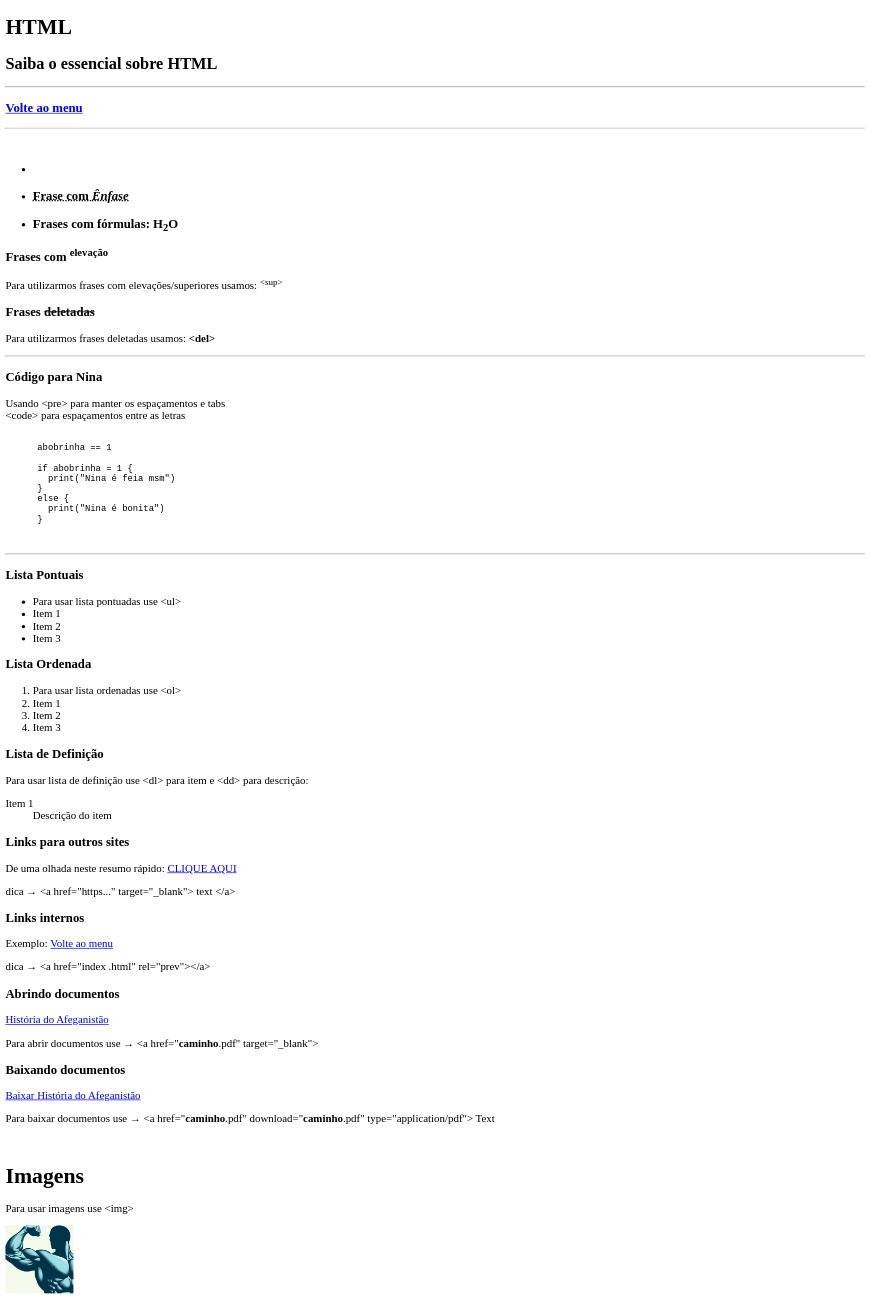
Repository: LuidyOn/Site_Forca_Total
Page: ForçaTotal/sobreHTML.html
These files come from the project's save history. The page is drawn as it stood at one moment and after the next save; the edit follows.
The browser window is 1280 px wide. The pictures show the whole page, at 68% of full size.

Above is the page before, as saved 2025-05-15 20:09:38.

### ForçaTotal/sobreHTML.html
<!DOCTYPE html>
<html lang="pt-br">
<head>
  <meta charset="UTF-8">
  <meta name="viewport" content="width=device-width, initial-scale=1.0">
  <link rel="shortcut icon" href="img/icons/logo.ico" type="image/x-icon">
  <title>Testes Força total</title>
</head>
<body>
  <h1>HTML</h1>
  <h2>Saiba o essencial sobre HTML</h2>

  <hr>
  <h3><a href="index.html" rel="prev"> Volte ao menu</a></h3>
  <hr>

  <p><br></p>

  <ul><li></li></ul>

  <ul><li><h3> <abbr title="Para deixar uma frase com ênfase, usamos: <em> ">Frase com <em>Ênfase</em></h3> </abbr>
  </li></ul>

    <ul><li><h3><abbr title=""></abbr>Frases com fórmulas: H<sub>2</sub>O</h3>
</li></ul>


  <h3>Frases com <sup>elevação</sup></h3>
  <p>Para utilizarmos frases com elevações/superiores usamos: <sup>&lt;sup&gt;</sup></p>

  <h3>Frases <del>deletadas</del></h3>
  <p>Para utilizarmos frases deletadas usamos: <strong>&lt;del&gt;</strong></p>

  <hr>

  <h3>Código para Nina</h3>
  <p>Usando &lt;pre&gt; para manter os espaçamentos e tabs <br> &lt;code&gt; para espaçamentos entre as letras</p>

  <p></p>

  <pre>
    <code>
      abobrinha == 1

      if abobrinha = 1 {
        print("Nina é feia msm")
      }
      else {
        print("Nina é bonita")
      }
    </code>
  </pre>

  <hr>

  <h3>Lista Pontuais</h3>
  <ul>
    <li>Para usar lista pontuadas use &lt;ul&gt;</li>
    <li>Item 1</li>
    <li>Item 2</li>
    <li>Item 3</li>
  </ul>

  <h3>Lista Ordenada</h3>
  <ol>
    <li>Para usar lista ordenadas use &lt;ol&gt;</li>
    <li>Item 1</li>
    <li>Item 2</li>
    <li>Item 3</li>
  </ol>

  <h3>Lista de Definição</h3>
  <dl>
    <dt>Para usar lista de definição use &lt;dl&gt; para item e &lt;dd&gt para descrição:</dt>

    <p></p>
    <dt>
      Item 1
      <dd>Descrição do item</dd>
    </dl>

    <h3>Links para outros sites</h3>
    <p>De uma olhada neste resumo rápido: <a href="https://www.youtube.com/watch?v=dQw4w9WgXcQ" target="_blank" rel="External"> CLIQUE AQUI </a></p>
    <p>dica &rarr; &lt;a href="https..." target="_blank"&gt; text &lt;/a&gt;</p>

    <h3>Links internos</h3>

    <p>Exemplo: <a href="index.html" rel="prev"> Volte ao menu</a></p>
    <p>dica &rarr; &lt;a href="index .html" rel="prev"&gt;&lt;/a&gt;</p>

    <h3>Abrindo documentos</h3>
    <p><a href="Documentos/PDFs/GUERRA DO AFEGANISTÃO.pdf" target="_blank"> História do Afeganistão</a></p>

    <p>Para abrir documentos use &rarr; &lt;a href="<strong>caminho</strong>.pdf" target="_blank"&gt;</p>

    <h3>Baixando documentos</h3>
    <p><a href="Documentos/PDFs/GUERRA DO AFEGANISTÃO.pdf" target="_blank" download="Documentos/PDFs/GUERRA DO AFEGANISTÃO.pdf" type="application/pdf"> Baixar História do Afeganistão</a></p>

    <p>Para baixar documentos use &rarr; &lt;a href="<strong>caminho</strong>.pdf" download="<strong>caminho</strong>.pdf" type="application/pdf"&gt; Text</p>

  <p><br></p>

  <h1>Imagens</h1>
  <p>Para usar imagens use &lt;img&gt;</p>
  <img src="img/parteSerior.png" alt="parte superior" style="width: 100px; height: 100px;">
</body>
</html>

After the next save:
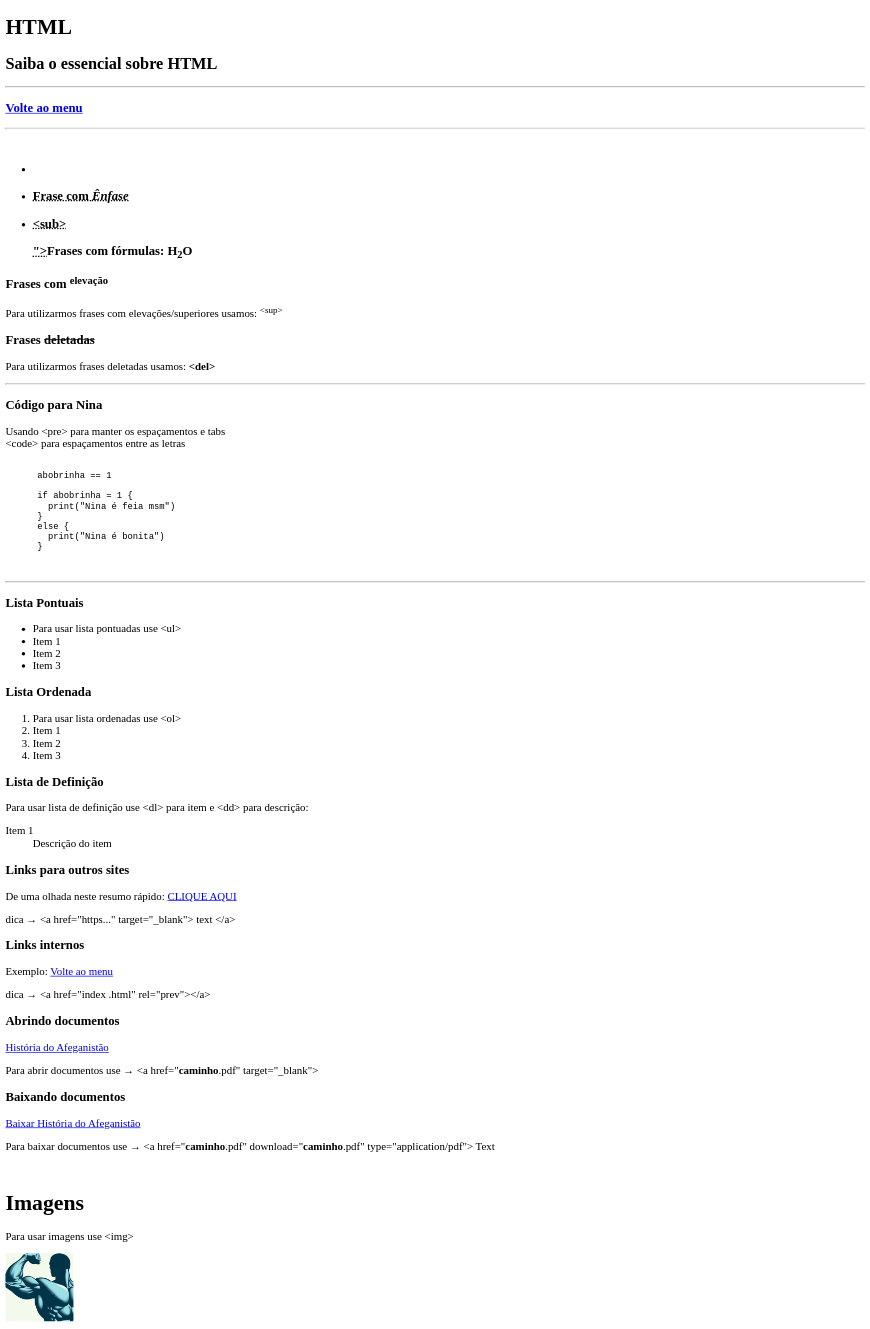
Saved 4 s later.
--- a/ForçaTotal/sobreHTML.html
+++ b/ForçaTotal/sobreHTML.html
@@ -21,7 +21,7 @@
   <ul><li><h3> <abbr title="Para deixar uma frase com ênfase, usamos: <em> ">Frase com <em>Ênfase</em></h3> </abbr>
   </li></ul>
 
-    <ul><li><h3><abbr title=""></abbr>Frases com fórmulas: H<sub>2</sub>O</h3>
+    <ul><li><h3><abbr title="<p>Para utilizarmos frases "baixas" ou fórmulas usamos: <sub>&lt;sub&gt;</sub></p>"></abbr>Frases com fórmulas: H<sub>2</sub>O</h3>
 </li></ul>
 
 

After the 2 saves that followed:
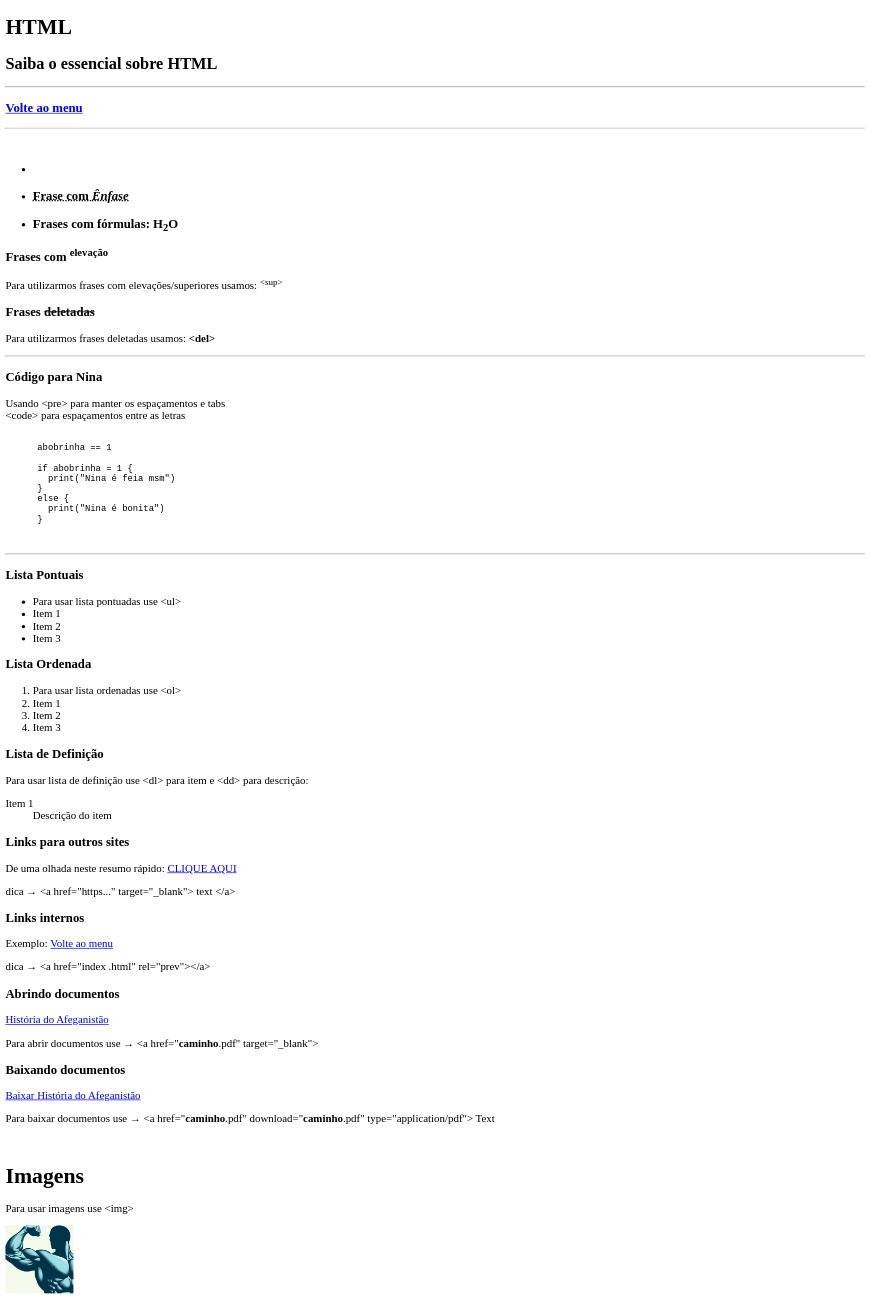
The 2 saves are shown as one change because they came seconds apart.
The last was saved 21 s later.
--- a/ForçaTotal/sobreHTML.html
+++ b/ForçaTotal/sobreHTML.html
@@ -21,7 +21,7 @@
   <ul><li><h3> <abbr title="Para deixar uma frase com ênfase, usamos: <em> ">Frase com <em>Ênfase</em></h3> </abbr>
   </li></ul>
 
-    <ul><li><h3><abbr title="<p>Para utilizarmos frases "baixas" ou fórmulas usamos: <sub>&lt;sub&gt;</sub></p>"></abbr>Frases com fórmulas: H<sub>2</sub>O</h3>
+    <ul><li><h3><abbr title="<p>Para utilizarmos frases 'baixas' ou fórmulas usamos: <sub>&lt;sub&gt;</sub></p>"></abbr>Frases com fórmulas: H<sub>2</sub>O</h3>
 </li></ul>
 
 
